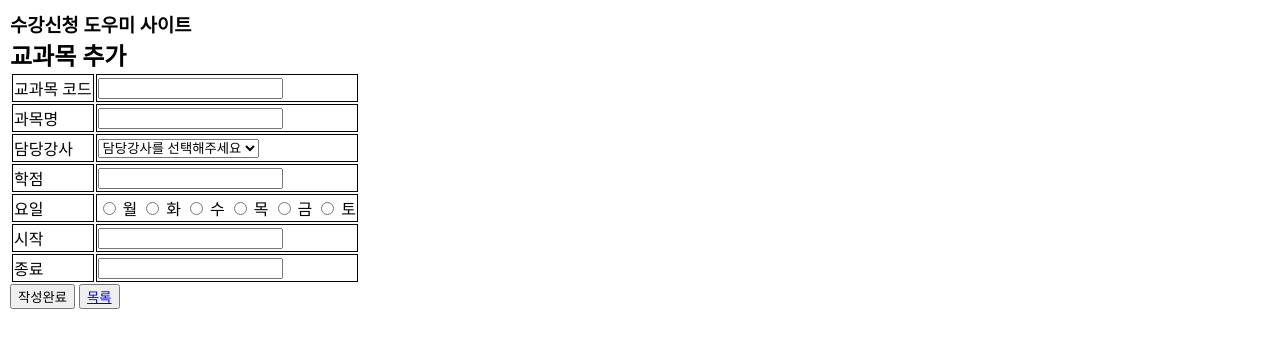
Repository: Tor1a/SpringSet
Page: http://localhost/practice02/WEB-INF/views/course/add.jsp
The author's editor kept a copy of each file at every save. The page is drawn from the files as they stood at one save, then again after the next save.
The browser window is 1280 px wide. The pictures show the whole page.
The page is served by Tomcat 9. Nobody is signed in. The template is opened directly, without the code that normally fills it, so the values that code supplies are empty.

Above is the page before, as saved 2022-04-14 04:12:10.

After the next save:
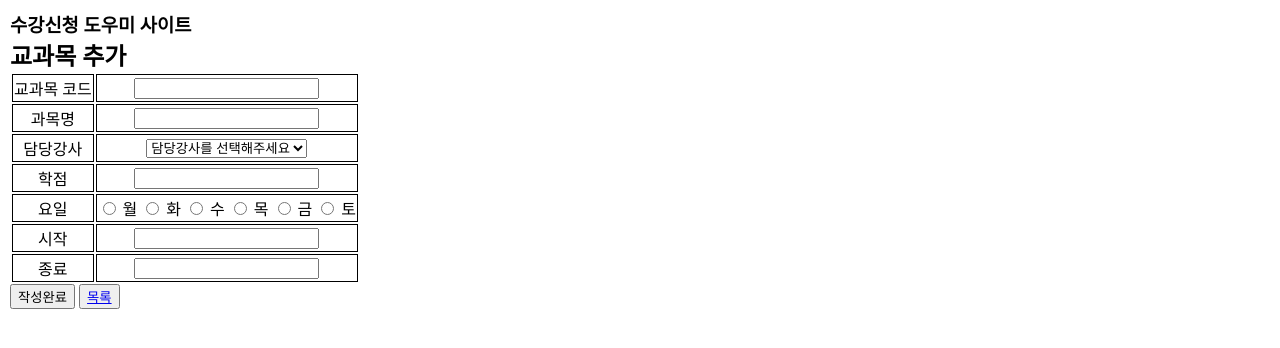
Saved 3 s later.
--- a/practice02/src/main/webapp/resources/css/add.css
+++ b/practice02/src/main/webapp/resources/css/add.css
@@ -11,4 +11,4 @@ body{height: 100%;}
 #wrapper {padding: 10px 10px 10px 10px; border: 1px solid balck;}
 .adTb {margin: auto; border-collapse: collapse; border: 1px solid black; width: 80%;}
 th {text-align: center;}
-td {border: 1px solid black;}
+td {text-align: center; border: 1px solid black;}
